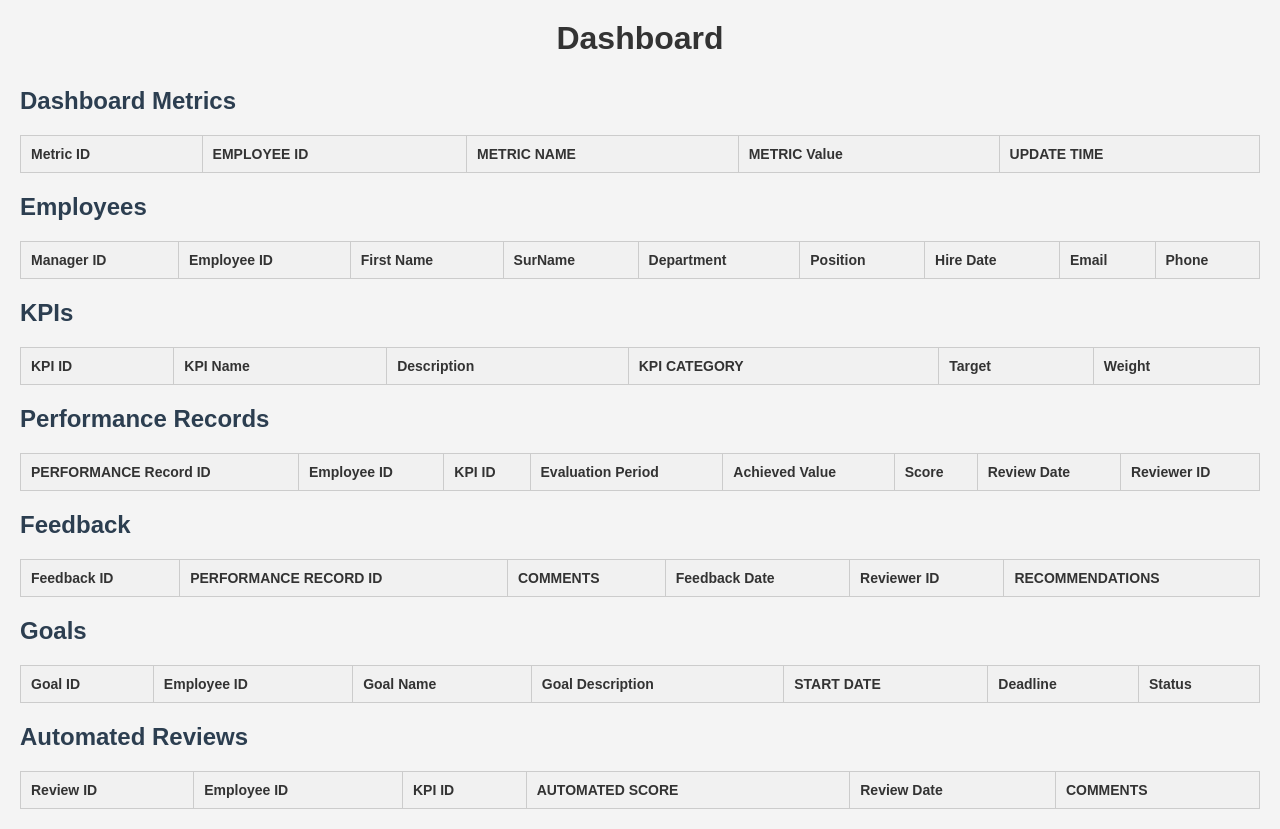
Repository: Wuda2000/Mongodb
Page: http://localhost/dashboard
The author's editor kept a copy of each file at every save. The page is drawn from the files as they stood at one save, then again after the next save.
The browser window is 1280 px wide. The pictures show the whole page.
The page is served by the project's application, run on Flask 3 (app.py). Queries for data that is not in the repository find no rows.

Above is the page before, as saved 2024-11-11 19:00:44.

### templates/dashboard.html
<!DOCTYPE html>
<html lang="en">
<head>
    <meta charset="UTF-8">
    <meta name="viewport" content="width=device-width, initial-scale=1.0">
    <title>Dashboard</title>
    <link rel="stylesheet" href="{{ url_for('static', filename='styles.css') }}">
</head>
<body>
    <h1>Dashboard</h1>


    <!-- Dashboard Metrics Table -->
    <h2>Dashboard Metrics</h2>
    <table border="1">
        <thead>
            <tr>
                <th>Metric ID</th>
                <th>EMPLOYEE ID</th>
                <th>METRIC NAME</th>
                <th>METRIC Value</th>
                <th>UPDATE TIME</th>
            </tr>
        </thead>
        <tbody>
            {% for metric in dashboard_metrics %}
                <tr>
                    <td>{{ metric['metric_id'] }}</td>
                    <td>{{ metric['employee_id'] }}</td>
                    <td>{{ metric['metric_name'] }}</td>
                    <td>{{ metric['metric_value'] }}</td>
                    <td>{{ metric['update_time'] }}</td>
                </tr>
            {% endfor %}
        </tbody>
    </table>

    <!-- Employees Table -->
    <h2>Employees</h2>
    <table border="1">
        <thead>
            <tr>
                <th>Manager ID</th>
                <th>Employee ID</th>
                <th>First Name</th>
                <th>SurName</th>
                <th>Department</th>
                <th>Position</th>
                <th>Hire Date</th>
                <th>Email</th>
                <th>Phone</th>
            </tr>
        </thead>
        <tbody>
            {% for employee in employees %}
                <tr>
                    <td>{{ employee['manager_id'] }}</td>
                    <td>{{ employee['employee_id'] }}</td>
                    <td>{{ employee['first_name'] }}</td>
                    <td>{{ employee['last_name'] }}</td>
                    <td>{{ employee['department'] }}</td>
                    <td>{{ employee['position'] }}</td>
                    <td>{{ employee['date_hired'] }}</td>
                    <td>{{ employee['email'] }}</td>
                    <td>{{ employee['phone'] }}</td>
                </tr>
            {% endfor %}
        </tbody>
    </table>

    <!-- KPIs Table -->
    <h2>KPIs</h2>
    <table border="1">
        <thead>
            <tr>
                <th>KPI ID</th>
                <th>KPI Name</th>
                <th>Description</th>
                <th>KPI CATEGORY</th>
                <th>Target</th>
                <th>Weight</th>
            </tr>
        </thead>
        <tbody>
            {% for kpi in kpis %}
                <tr>
                    <td>{{ kpi['kpi_id'] }}</td>
                    <td>{{ kpi['kpi_name'] }}</td>
                    <td>{{ kpi['description'] }}</td>
                    <td>{{ kpi['kpi_category'] }}</td>
                    <td>{{ kpi['target_value'] }}</td>
                    <td>{{ kpi['weight'] }}</td>
                </tr>
            {% endfor %}
        </tbody>
    </table>

    <!-- Performance Records Table -->
    <h2>Performance Records</h2>
    <table border="1">
        <thead>
            <tr>
                <th>PERFORMANCE Record ID</th>
                <th>Employee ID</th>
                <th>KPI ID</th>
                <th>Evaluation Period</th>
                <th>Achieved Value</th>
                <th>Score</th>
                <th>Review Date</th>
                <th>Reviewer ID</th>
            </tr>
        </thead>
        <tbody>
            {% for record in performance_records %}
                <tr>
                    <td>{{ record['performance_record_id'] }}</td>
                    <td>{{ record['employee_id'] }}</td>
                    <td>{{ record['kpi_id'] }}</td>
                    <td>{{ record['evaluation_period'] }}</td>
                    <td>{{ record['achieved_value'] }}</td>
                    <td>{{ record['score'] }}</td>
                    <td>{{ record['review_date'] }}</td>
                    <td>{{ record['reviewer_id'] }}</td>
                </tr>
            {% endfor %}
        </tbody>
    </table>

    <!-- Feedback Table -->
    <h2>Feedback</h2>
    <table border="1">
        <thead>
            <tr>
                <th>Feedback ID</th>
                <th>PERFORMANCE RECORD ID</th>
                <th>COMMENTS</th>
                <th>Feedback Date</th>
                <th>Reviewer ID</th>
                <th>RECOMMENDATIONS</th>
            </tr>
        </thead>
        <tbody>
            {% for feedback in feedbacks %}
                <tr>
                    <td>{{ feedback['feedback_id'] }}</td>
                    <td>{{ feedback['performance_record_id'] }}</td>
                    <td>{{ feedback['comments'] }}</td>
                    <td>{{ feedback['date_given'] }}</td>
                    <td>{{ feedback['reviewer_id'] }}</td>
                    <td>{{ feedback['recommendations'] }}</td>
                </tr>
            {% endfor %}
        </tbody>
    </table>

    <!-- Goals Table -->
    <h2>Goals</h2>
    <table border="1">
        <thead>
            <tr>
                <th>Goal ID</th>
                <th>Employee ID</th>
                <th>Goal Name</th>
                <th>Goal Description</th>
                <th>START DATE</th>
                <th>Deadline</th>
                <th>Status</th>
            </tr>
        </thead>
        <tbody>
            {% for goal in goals %}
                <tr>
                    <td>{{ goal['goal_id'] }}</td>
                    <td>{{ goal['employee_id'] }}</td>
                    <td>{{ goal['kpi_id'] }}</td>
                    <td>{{ goal['goal_description'] }}</td>
                    <td>{{ goal['goal_start_date'] }}</td>
                    <td>{{ goal['goal_due_date'] }}</td>
                    <td>{{ goal['goal_status'] }}</td>
                </tr>
            {% endfor %}
        </tbody>
    </table>

    <!-- Automated Reviews Table -->
    <h2>Automated Reviews</h2>
    <table border="1">
        <thead>
            <tr>
                <th>Review ID</th>
                <th>Employee ID</th>
                <th>KPI ID</th>
                <th>AUTOMATED SCORE</th>
                <th>Review Date</th>
                <th>COMMENTS</th>
            </tr>
        </thead>
        <tbody>
            {% for review in automated_reviews %}
                <tr>
                    <td>{{ review['review_id'] }}</td>
                    <td>{{ review['employee_id'] }}</td>
                    <td>{{ review['kpi_id'] }}</td>
                    <td>{{ review['automated_score'] }}</td>
                    <td>{{ review['review_date'] }}</td>
                    <td>{{ review['comments'] }}</td>
                </tr>
            {% endfor %}
        </tbody>
    </table>



</body>
</html>

### app.py
from flask import Flask, render_template
from pymongo import MongoClient

app = Flask(__name__)

# Connect to MongoDB
client = MongoClient('mongodb://localhost:27017/')
db = client['companyDB']

# Access the collections
employees_collection = db['Employees']
kpis_collection = db['KPIs']
performance_records_collection = db['Performance Records']
feedback_collection = db['Feedback']
goals_collection = db['Goals']
automated_reviews_collection = db['Automated Reviews']
dashboard_metrics_collection = db['Dashboard Metrics']

# Route for the home page to display employees
@app.route('/')
def index():
    employees = list(employees_collection.find())
    return render_template('index.html', employees=employees)

# Route to display KPIs
@app.route('/kpis')
def display_kpis():
    kpis = list(kpis_collection.find())
    return render_template('kpis.html', kpis=kpis)

# Route to display Performance Records
@app.route('/performance-records')
def display_performance_records():
    performance_records = list(performance_records_collection.find())
    return render_template('performance_records.html', performance_records=performance_records)

# Route to display Feedback
@app.route('/feedback')
def display_feedback():
    feedbacks = list(feedback_collection.find())
    return render_template('feedback.html', feedbacks=feedbacks)

# Route to display Goals
@app.route('/goals')
def display_goals():
    goals = list(goals_collection.find())
    return render_template('goals.html', goals=goals)

# Route to display Automated Reviews
@app.route('/automated-reviews')
def display_automated_reviews():
    automated_reviews = list(automated_reviews_collection.find())
    return render_template('automated_reviews.html', automated_reviews=automated_reviews)

# Route to display Dashboard Metrics
@app.route('/dashboard-metrics')
def display_dashboard_metrics():
    dashboard_metrics = list(dashboard_metrics_collection.find())
    return render_template('dashboard_metrics.html', dashboard_metrics=dashboard_metrics)

# New route to display everything on one page (Dashboard)
@app.route('/dashboard')
def dashboard():
    # Fetch data from MongoDB collections
    employees = list(employees_collection.find())
    kpis = list(kpis_collection.find())
    performance_records = list(performance_records_collection.find())
    feedbacks = list(feedback_collection.find())
    goals = list(goals_collection.find())
    automated_reviews = list(automated_reviews_collection.find())
    dashboard_metrics = list(dashboard_metrics_collection.find())

    # Pass all data to the dashboard.html template
    return render_template('dashboard.html',
                           employees=employees,
                           kpis=kpis,
                           performance_records=performance_records,
                           feedbacks=feedbacks,
                           goals=goals,
                           automated_reviews=automated_reviews,
                           dashboard_metrics=dashboard_metrics)

if __name__ == '__main__':
    app.run(debug=True)

### static/styles.css
/* Basic reset */
* {
    margin: 0;
    padding: 0;
    box-sizing: border-box;
}

/* Body styling */
body {
    font-family: Arial, sans-serif;
    background-color: #f4f4f4;
    margin: 20px;
}

/* Header styling */
h1 {
    color: #333;
    text-align: center;
    margin-bottom: 30px;
}

h2 {
    color: #555;
    margin-top: 20px;
    font-size: 1.5em;
}

/* Table styling */

table {
    width: 100%;
    margin: 20px 0;
    border-collapse: collapse;
    background-color: white;
}

table, th, td {
    border: 1px solid #ccc;
    padding: 10px;
}

th {
    background-color: #f1f1f1;
    color: #333;
    text-align: left;
}

td {
    color: #555;
}

/* Table hover effect */
tr:hover {
    background-color: #f9f9f9;
}

/* Make sure the content is not too small */
table td, table th {
    font-size: 14px;
    word-wrap: break-word;
}

/* Make the page more readable */
table {
    max-width: 100%;
    overflow-x: auto;
}

h2 {
    font-size: 1.5em;
    color: #2c3e50;
}

After the next save:
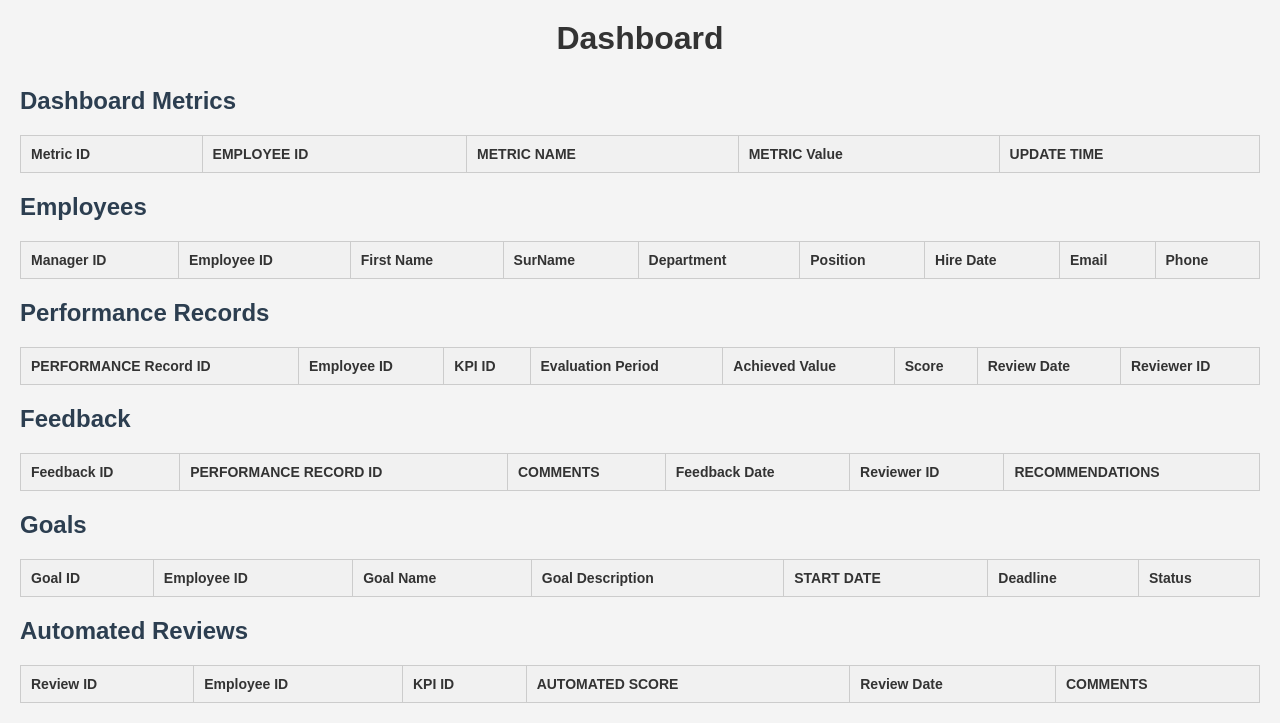
Saved 51 s later.
--- a/templates/dashboard.html
+++ b/templates/dashboard.html
@@ -68,32 +68,6 @@
         </tbody>
     </table>
 
-    <!-- KPIs Table -->
-    <h2>KPIs</h2>
-    <table border="1">
-        <thead>
-            <tr>
-                <th>KPI ID</th>
-                <th>KPI Name</th>
-                <th>Description</th>
-                <th>KPI CATEGORY</th>
-                <th>Target</th>
-                <th>Weight</th>
-            </tr>
-        </thead>
-        <tbody>
-            {% for kpi in kpis %}
-                <tr>
-                    <td>{{ kpi['kpi_id'] }}</td>
-                    <td>{{ kpi['kpi_name'] }}</td>
-                    <td>{{ kpi['description'] }}</td>
-                    <td>{{ kpi['kpi_category'] }}</td>
-                    <td>{{ kpi['target_value'] }}</td>
-                    <td>{{ kpi['weight'] }}</td>
-                </tr>
-            {% endfor %}
-        </tbody>
-    </table>
 
     <!-- Performance Records Table -->
     <h2>Performance Records</h2>
